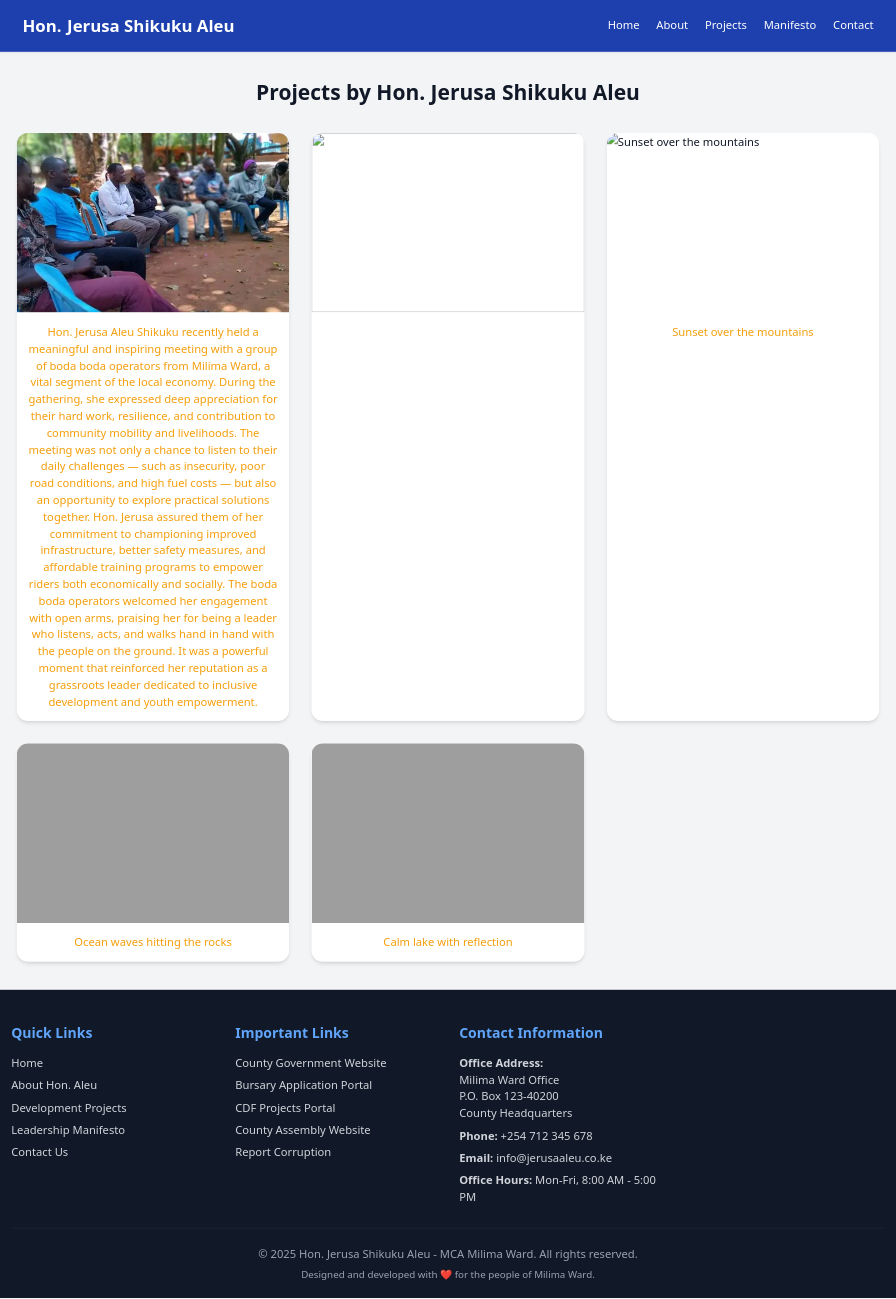
Repository: Engineer-collo/Hon_Jerusa_Shikuku_Aleu
Page: /projects
The author's editor kept a copy of each file at every save. The page is drawn from the files as they stood at one save, then again after the next save.
The browser window is 1280 px wide. The pictures show the whole page, at 70% of full size.
Pictures or frames that could not be fetched are drawn as grey boxes. The project was rebuilt for these pictures with package versions that can differ from the ones it lists, and the page was loaded fresh each time. Also part of the build but not shown: vite.config.js, src/Hero.jsx, src/Home.jsx, src/About.jsx, src/Manifesto.jsx, src/Contact.jsx.

Above is the page before, as saved 2025-07-18 17:18:56.

### index.html
<!DOCTYPE html>
<html lang="en">
<head>
  <meta charset="UTF-8">
  <meta name="viewport" content="width=device-width, initial-scale=1.0">
  <title>React Vite Starter</title>
</head>
<body class="bg-gray-100">
  <div id="root"></div>
  <script type="module" src="/src/main.jsx"></script>
</body>
</html>

### src/main.jsx
import React from 'react'
import ReactDOM from 'react-dom/client'
import './index.css'
import App from './App'

ReactDOM.createRoot(document.getElementById('root')).render(
  <React.StrictMode>
    <App />
  </React.StrictMode>,
)

### src/App.jsx
import React from 'react';
import { BrowserRouter as Router, Routes, Route } from 'react-router-dom';
import Footer from './Footer';
import Navbar from './Navbar';
import Homepage from './Home';
import About from './About';
import Projects from './Projects';
import Manifesto from './Manifesto';
import Contact from './Contact';

function App() {
  return (
    <Router>
      <div className="min-h-screen w-full overflow-x-hidden bg-gray-50 flex flex-col">
        <Navbar />
        <div className="flex-1 flex flex-col">
          <Routes>
            <Route path="/" element={<Homepage />} />
            <Route path="/about" element={<About />} />
            <Route path="/projects" element={<Projects />} />
            <Route path="/manifesto" element={<Manifesto />} />
            <Route path="/contact" element={<Contact />} />
          </Routes>
        </div>
        <Footer />
      </div>
    </Router>
  );
}

export default App;

### src/Footer.jsx
import React from 'react';
import { Link } from 'react-router-dom';

const Footer = () => {
  return (
    <footer className="bg-gray-900 text-white pt-12 pb-6 w-full">
      <div className="w-full px-4">
        <div className="grid grid-cols-1 md:grid-cols-2 lg:grid-cols-4 gap-8 w-full">


          {/* Quick Links */}
          <div>
            <h3 className="text-xl font-bold mb-4 text-blue-400">Quick Links</h3>
            <ul className="space-y-2">
              <li>
                <Link to="/" className="text-gray-300 hover:text-white transition-colors duration-300">
                  Home
                </Link>
              </li>
              <li>
                <Link to="/about" className="text-gray-300 hover:text-white transition-colors duration-300">
                  About Hon. Aleu
                </Link>
              </li>
              <li>
                <Link to="/projects" className="text-gray-300 hover:text-white transition-colors duration-300">
                  Development Projects
                </Link>
              </li>
              <li>
                <Link to="/manifesto" className="text-gray-300 hover:text-white transition-colors duration-300">
                  Leadership Manifesto
                </Link>
              </li>
              <li>
                <Link to="/contact" className="text-gray-300 hover:text-white transition-colors duration-300">
                  Contact Us
                </Link>
              </li>
            </ul>
          </div>

          {/* Important Links */}
          <div>
            <h3 className="text-xl font-bold mb-4 text-blue-400">Important Links</h3>
            <ul className="space-y-2">
              <li>
                <a href="#" className="text-gray-300 hover:text-white transition-colors duration-300">
                  County Government Website
                </a>
              </li>
              <li>
                <a href="#" className="text-gray-300 hover:text-white transition-colors duration-300">
                  Bursary Application Portal
                </a>
              </li>
              <li>
                <a href="#" className="text-gray-300 hover:text-white transition-colors duration-300">
                  CDF Projects Portal
                </a>
              </li>
              <li>
                <a href="#" className="text-gray-300 hover:text-white transition-colors duration-300">
                  County Assembly Website
                </a>
              </li>
              <li>
                <a href="#" className="text-gray-300 hover:text-white transition-colors duration-300">
                  Report Corruption
                </a>
              </li>
            </ul>
          </div>

          {/* Contact Info */}
          <div>
            <h3 className="text-xl font-bold mb-4 text-blue-400">Contact Information</h3>
            <address className="not-italic text-gray-300">
              <div className="mb-2">
                <strong>Office Address:</strong><br />
                Milima Ward Office<br />
                P.O. Box 123-40200<br />
                County Headquarters
              </div>
              <div className="mb-2">
                <strong>Phone:</strong> +254 712 345 678
              </div>
              <div className="mb-2">
                <strong>Email:</strong> info@jerusaaleu.co.ke
              </div>
              <div>
                <strong>Office Hours:</strong> Mon-Fri, 8:00 AM - 5:00 PM
              </div>
            </address>
          </div>
        </div>

        {/* Copyright */}
        <div className="border-t border-gray-800 mt-8 pt-6 text-center text-gray-400">
          <p>
            &copy; {new Date().getFullYear()} Hon. Jerusa Shikuku Aleu - MCA Milima Ward. All rights reserved.
          </p>
          <p className="mt-2 text-sm">
            Designed and developed with ❤️ for the people of Milima Ward.
          </p>
        </div>
      </div>
    </footer>
  );
};

export default Footer;

### src/Navbar.jsx
import React from 'react';
import { Link } from 'react-router-dom';

const Navbar = () => {
  return (
    <nav style={{
      backgroundColor: '#1e40af',
      color: 'white',
      padding: '1rem 2rem',
      display: 'flex',
      justifyContent: 'space-between',
      alignItems: 'center',
      boxShadow: '0 2px 4px rgba(0,0,0,0.1)',
      position: 'sticky',
      top: '0',
      zIndex: '100'
    }}>
      {/* Logo/Brand */}
      <div style={{
        display: 'flex',
        alignItems: 'center'
      }}>
        <Link to="/" style={{
          fontSize: '1.5rem',
          fontWeight: 'bold',
          color: 'white',
          textDecoration: 'none',
          display: 'flex',
          alignItems: 'center'
        }}>
          <span style={{ marginRight: '0.5rem' }}>Hon.</span>
          <span>Jerusa Shikuku Aleu</span>
        </Link>
      </div>

      {/* Mobile Menu Button (hidden on desktop) */}
      <button style={{
        display: 'none',
        backgroundColor: 'transparent',
        border: 'none',
        color: 'white',
        fontSize: '1.5rem',
        cursor: 'pointer'
      }}>
        ☰
      </button>

      {/* Navigation Links */}
      <div style={{
        display: 'flex',
        gap: '1.5rem'
      }}>
        <Link to="/" style={{
          color: 'white',
          textDecoration: 'none',
          fontWeight: '500',
          padding: '0.5rem 0',
          borderBottom: '2px solid transparent',
          transition: 'border-color 0.3s ease',
          ':hover': {
            borderBottom: '2px solid white'
          }
        }}>
          Home
        </Link>
        <Link to="/about" style={{
          color: 'white',
          textDecoration: 'none',
          fontWeight: '500',
          padding: '0.5rem 0',
          borderBottom: '2px solid transparent',
          transition: 'border-color 0.3s ease',
          ':hover': {
            borderBottom: '2px solid white'
          }
        }}>
          About
        </Link>
        <Link to="/projects" style={{
          color: 'white',
          textDecoration: 'none',
          fontWeight: '500',
          padding: '0.5rem 0',
          borderBottom: '2px solid transparent',
          transition: 'border-color 0.3s ease',
          ':hover': {
            borderBottom: '2px solid white'
          }
        }}>
          Projects
        </Link>
        <Link to="/manifesto" style={{
          color: 'white',
          textDecoration: 'none',
          fontWeight: '500',
          padding: '0.5rem 0',
          borderBottom: '2px solid transparent',
          transition: 'border-color 0.3s ease',
          ':hover': {
            borderBottom: '2px solid white'
          }
        }}>
          Manifesto
        </Link>
        <Link to="/contact" style={{
          color: 'white',
          textDecoration: 'none',
          fontWeight: '500',
          padding: '0.5rem 0',
          borderBottom: '2px solid transparent',
          transition: 'border-color 0.3s ease',
          ':hover': {
            borderBottom: '2px solid white'
          }
        }}>
          Contact
        </Link>
      </div>
    </nav>
  );
};

export default Navbar;

### src/Projects.jsx
import React from 'react';

const images = [
  {
    src: '/bodaboda.jpeg',
    description: 'Hon. Jerusa Aleu Shikuku recently held a meaningful and inspiring meeting with a group of boda boda operators from Milima Ward, a vital segment of the local economy. During the gathering, she expressed deep appreciation for their hard work, resilience, and contribution to community mobility and livelihoods. The meeting was not only a chance to listen to their daily challenges — such as insecurity, poor road conditions, and high fuel costs — but also an opportunity to explore practical solutions together. Hon. Jerusa assured them of her commitment to championing improved infrastructure, better safety measures, and affordable training programs to empower riders both economically and socially. The boda boda operators welcomed her engagement with open arms, praising her for being a leader who listens, acts, and walks hand in hand with the people on the ground. It was a powerful moment that reinforced her reputation as a grassroots leader dedicated to inclusive development and youth empowerment.',
  },
  {
    src: '',
    description: '',
  },
  {
    src: '',
    description: 'Sunset over the mountains',
  },
  {
    src: 'https://images.pexels.com/photos/1103970/pexels-photo-1103970.jpeg',
    description: 'Ocean waves hitting the rocks',
  },
  {
    src: 'https://images.pexels.com/photos/462118/pexels-photo-462118.jpeg',
    description: 'Calm lake with reflection',
  },
];

const ProjectImages = () => {
  return (
    <div className="min-h-screen px-6 py-10 bg-gray-100 dark:bg-gray-900 text-gray-900 dark:text-white">
      <h1 className="text-3xl font-bold text-center mb-10">Projects by Hon. Jerusa Shikuku Aleu </h1>
      <div className="grid grid-cols-1 sm:grid-cols-2 lg:grid-cols-3 gap-8">
        {images.map((img, index) => (
          <div
            key={index}
            className="bg-white dark:bg-gray-800 rounded-2xl shadow-md overflow-hidden"
          >
            <img
              src={img.src}
              alt={img.description}
              className="w-full h-64 object-cover"
            />
            <div className="p-4">
              <p className="text-center text-amber-500 font-medium">
                {img.description}
              </p>
            </div>
          </div>
        ))}
      </div>
    </div>
  );
};

export default ProjectImages;
















// import React from 'react';
// import { Helmet } from 'react-helmet';
// import { FaSchool, FaClinicMedical, FaRoad, FaTractor, FaFutbol, FaHandsHelping } from 'react-icons/fa';

// const Project = () => {
//   const projects = {
//     education: [
//       {
//         title: "Nabingenge Institute Classrooms",
//         description: "Constructed 4 new classrooms and renovated 2 existing ones at Nabingenge Institute, increasing student capacity by 40%",
//         location: "Nabingenge Village",
//         year: "2022",
//         status: "Completed"
//       },
//       {
//         title: "Milima Primary School Library",
//         description: "Established a modern library with 1,500 textbooks and reading materials for students",
//         location: "Milima Township",
//         year: "2021",
//         status: "Completed"
//       },
//       {
//         title: "ECD Centers Construction",
//         description: "Built 3 new Early Childhood Development centers across the ward with proper sanitation facilities",
//         location: "Kiburu, Cheptais, Nalondo",
//         year: "2023",
//         status: "Ongoing"
//       }
//     ],
//     healthcare: [
//       {
//         title: "Milima Dispensary Upgrade",
//         description: "Upgraded to a health center with maternity wing and laboratory services",
//         location: "Milima Township",
//         year: "2021",
//         status: "Completed"
//       },
//       {
//         title: "Mobile Clinic Program",
//         description: "Monthly mobile clinic serving remote areas with doctor consultations and free medicines",
//         location: "Various locations",
//         year: "2022-Present",
//         status: "Ongoing"
//       }
//     ],
//     infrastructure: [
//       {
//         title: "Mfupi to Mukuyuni Road",
//         description: "Graded and improved 8km road connecting 3 villages to the main highway",
//         location: "Mfupi to Mukuyuni",
//         year: "2024",
//         status: "Completed"
//       },
//       {
//         title: "Community Boreholes",
//         description: "Drilled 5 boreholes providing clean water to over 2,000 households",
//         location: "Cheptais, Nalondo, Kiburu",
//         year: "2023-2025",
//         status: "Completed"
//       },
//       {
//         title: "Market Shades Construction",
//         description: "Built 3 market shades with proper drainage and lighting for traders",
//         location: "Milima, Kiburu, Cheptais",
//         year: "2023",
//         status: "Ongoing"
//       }
//     ],
//     agriculture: [
//       {
//         title: "Dairy Cooperative Support",
//         description: "Established cooperative with 2 milk cooling plants serving 150 farmers",
//         location: "Milima Ward",
//         year: "2024",
//         status: "Completed"
//       },
//       {
//         title: "Seed & Fertilizer Subsidy",
//         description: "Provided subsidized farm inputs to 500 small-scale farmers annually",
//         location: "Ward-wide",
//         year: "2024-Present",
//         status: "Ongoing"
//       }
//     ],
//     sports: [
//       {
//         title: "Youth Talent Academy",
//         description: "Established football and volleyball academy with coaching and equipment",
//         location: "Milima Sports Ground",
//         year: "2022",
//         status: "Ongoing"
//       },
//       {
//         title: "Community Sports Kits",
//         description: "Distributed sports equipment to 10 youth groups across the ward",
//         location: "Various locations",
//         year: "2023",
//         status: "Completed"
//       }
//     ],
//     social: [
//       {
//         title: "Women Empowerment Fund",
//         description: "Disbursed Ksh 2.5 million in grants to 50 women groups for small businesses",
//         location: "Ward-wide",
//         year: "2021-2023",
//         status: "Ongoing"
//       },
//       {
//         title: "Elderly Support Program",
//         description: "Monthly food packages and medical support for 100 elderly citizens",
//         location: "Ward-wide",
//         year: "2022-Present",
//         status: "Ongoing"
//       }
//     ]
//   };

//   const ProjectCard = ({ project }) => (
//     <div className="bg-white rounded-lg shadow-md overflow-hidden border border-gray-200 hover:shadow-lg transition-shadow duration-300">
//       <div className="p-6">
//         <div className="flex justify-between items-start mb-3">
//           <h3 className="text-lg font-semibold text-gray-800">{project.title}</h3>
//           <span className={`text-xs px-2 py-1 rounded-full ${
//             project.status === 'Completed' ? 'bg-green-100 text-green-800' : 'bg-blue-100 text-blue-800'
//           }`}>
//             {project.status}
//           </span>
//         </div>
//         <p className="text-gray-600 mb-4">{project.description}</p>
//         <div className="flex items-center text-sm text-gray-500 mb-1">
//           <svg className="w-4 h-4 mr-1" fill="none" stroke="currentColor" viewBox="0 0 24 24">
//             <path strokeLinecap="round" strokeLinejoin="round" strokeWidth={2} d="M17.657 16.657L13.414 20.9a1.998 1.998 0 01-2.827 0l-4.244-4.243a8 8 0 1111.314 0z" />
//             <path strokeLinecap="round" strokeLinejoin="round" strokeWidth={2} d="M15 11a3 3 0 11-6 0 3 3 0 016 0z" />
//           </svg>
//           {project.location}
//         </div>
//         <div className="text-sm text-gray-500">
//           <svg className="w-4 h-4 mr-1 inline" fill="none" stroke="currentColor" viewBox="0 0 24 24">
//             <path strokeLinecap="round" strokeLinejoin="round" strokeWidth={2} d="M8 7V3m8 4V3m-9 8h10M5 21h14a2 2 0 002-2V7a2 2 0 00-2-2H5a2 2 0 00-2 2v12a2 2 0 002 2z" />
//           </svg>
//           {project.year}
//         </div>
//       </div>
//     </div>
//   );

//   const SectionHeader = ({ icon, title }) => (
//     <div className="flex items-center mb-6">
//       <div className="mr-4 p-3 rounded-full bg-gray-100 text-gray-700">
//         {icon}
//       </div>
//       <h2 className="text-2xl font-bold text-gray-800">{title}</h2>
//     </div>
//   );

//   return (
//     <div className="min-h-screen bg-gray-50 py-12 px-4 sm:px-6 lg:px-8">
//       <div className="max-w-6xl mx-auto">
//         {/* Page Header */}
//         <div className="text-center mb-16">
//           <h1 className="text-3xl sm:text-4xl font-bold text-gray-900 mb-4">
//             Development Projects
//           </h1>
//           <Helmet>
//             <title>Development Projects | Milima Ward</title>
//             <meta name="description" content="Explore development, education, healthcare, infrastructure, agriculture, sports, and social support projects in Milima Ward." />
//             <meta name="keywords" content="Milima Ward, Projects, Development, Education, Healthcare, Infrastructure, Agriculture, Sports, Social Support, Bungoma County" />
//             <meta name="author" content="Hon. Jerusa Shikuku Aleu" />
//             <meta property="og:title" content="Development Projects | Milima Ward" />
//             <meta property="og:description" content="Comprehensive list of completed and ongoing projects in Milima Ward by Hon. Jerusa Shikuku Aleu." />
//             <meta property="og:type" content="website" />
//           </Helmet>
//           <div className="w-24 h-1 bg-gray-300 mx-auto mb-6"></div>
//           <p className="text-lg text-gray-600 max-w-3xl mx-auto">
//             Hon. Jerusa Shikuku Aleu's tangible contributions to Milima Ward through completed and ongoing development projects
//           </p>
//         </div>

//         {/* Education Projects */}
//         <div className="mb-16">
//           <SectionHeader icon={<FaSchool className="text-xl" />} title="Education Projects" />
//           <div className="grid grid-cols-1 md:grid-cols-2 lg:grid-cols-3 gap-6">
//             {projects.education.map((project, index) => (
//               <ProjectCard key={`edu-${index}`} project={project} />
//             ))}
//           </div>
//         </div>

//         {/* Healthcare Projects */}
//         <div className="mb-16">
//           <SectionHeader icon={<FaClinicMedical className="text-xl" />} title="Healthcare Projects" />
//           <div className="grid grid-cols-1 md:grid-cols-2 lg:grid-cols-3 gap-6">
//             {projects.healthcare.map((project, index) => (
//               <ProjectCard key={`health-${index}`} project={project} />
//             ))}
//           </div>
//         </div>

//         {/* Infrastructure Projects */}
//         <div className="mb-16">
//           <SectionHeader icon={<FaRoad className="text-xl" />} title="Infrastructure Projects" />
//           <div className="grid grid-cols-1 md:grid-cols-2 lg:grid-cols-3 gap-6">
//             {projects.infrastructure.map((project, index) => (
//               <ProjectCard key={`infra-${index}`} project={project} />
//             ))}
//           </div>
//         </div>

//         {/* Agriculture Projects */}
//         <div className="mb-16">
//           <SectionHeader icon={<FaTractor className="text-xl" />} title="Agriculture Projects" />
//           <div className="grid grid-cols-1 md:grid-cols-2 lg:grid-cols-3 gap-6">
//             {projects.agriculture.map((project, index) => (
//               <ProjectCard key={`agri-${index}`} project={project} />
//             ))}
//           </div>
//         </div>

//         {/* Sports Projects */}
//         <div className="mb-16">
//           <SectionHeader icon={<FaFutbol className="text-xl" />} title="Sports & Talent Development" />
//           <div className="grid grid-cols-1 md:grid-cols-2 lg:grid-cols-3 gap-6">
//             {projects.sports.map((project, index) => (
//               <ProjectCard key={`sports-${index}`} project={project} />
//             ))}
//           </div>
//         </div>

//         {/* Social Projects */}
//         <div className="mb-16">
//           <SectionHeader icon={<FaHandsHelping className="text-xl" />} title="Social Support Programs" />
//           <div className="grid grid-cols-1 md:grid-cols-2 lg:grid-cols-3 gap-6">
//             {projects.social.map((project, index) => (
//               <ProjectCard key={`social-${index}`} project={project} />
//             ))}
//           </div>
//         </div>

//         {/* Project Summary */}
//         <div className="bg-white p-8 rounded-lg shadow-sm border border-gray-200">
//           <h2 className="text-xl font-semibold mb-4 text-gray-800">Project Impact Summary</h2>
//           <div className="grid grid-cols-2 md:grid-cols-4 gap-4 text-center">
//             <div className="p-4 border border-gray-200 rounded-lg">
//               <div className="text-2xl font-bold text-blue-600">15+</div>
//               <div className="text-sm text-gray-600">Education Projects</div>
//             </div>
//             <div className="p-4 border border-gray-200 rounded-lg">
//               <div className="text-2xl font-bold text-blue-600">5,000+</div>
//               <div className="text-sm text-gray-600">Beneficiaries</div>
//             </div>
//             <div className="p-4 border border-gray-200 rounded-lg">
//               <div className="text-2xl font-bold text-blue-600">8</div>
//               <div className="text-sm text-gray-600">Villages Reached</div>
//             </div>
//             <div className="p-4 border border-gray-200 rounded-lg">
//               <div className="text-2xl font-bold text-blue-600">Ksh 25M+</div>
//               <div className="text-sm text-gray-600">Invested</div>
//             </div>
//           </div>
//         </div>
//       </div>
//     </div>
//   );
// };

// export default Project;

Loaded but not shown: src/index.css (common file); tailwind.config.js (common file)

After the next save:
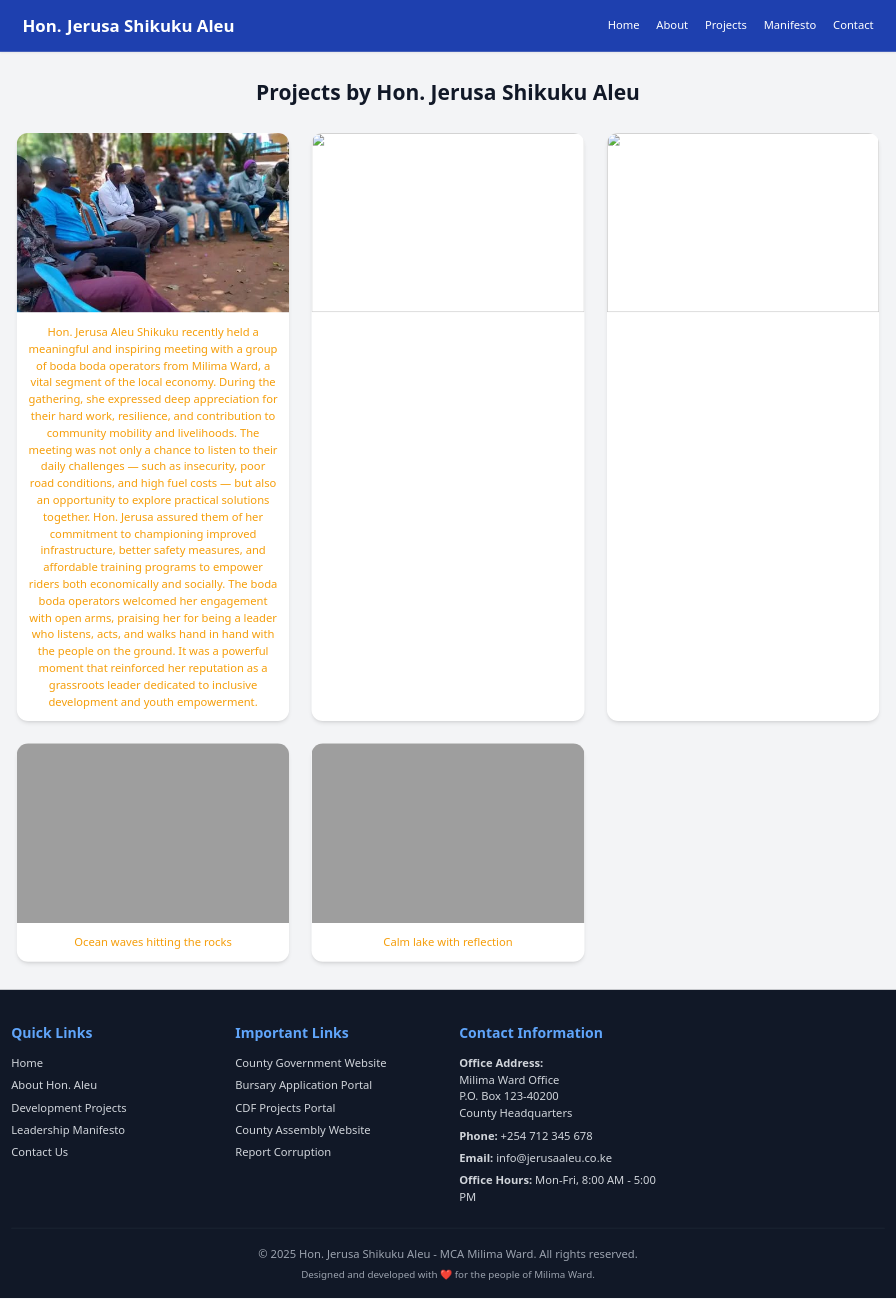
Saved 6 s later.
--- a/src/Projects.jsx
+++ b/src/Projects.jsx
@@ -11,7 +11,7 @@ const images = [
   },
   {
     src: '',
-    description: 'Sunset over the mountains',
+    description: '',
   },
   {
     src: 'https://images.pexels.com/photos/1103970/pexels-photo-1103970.jpeg',
